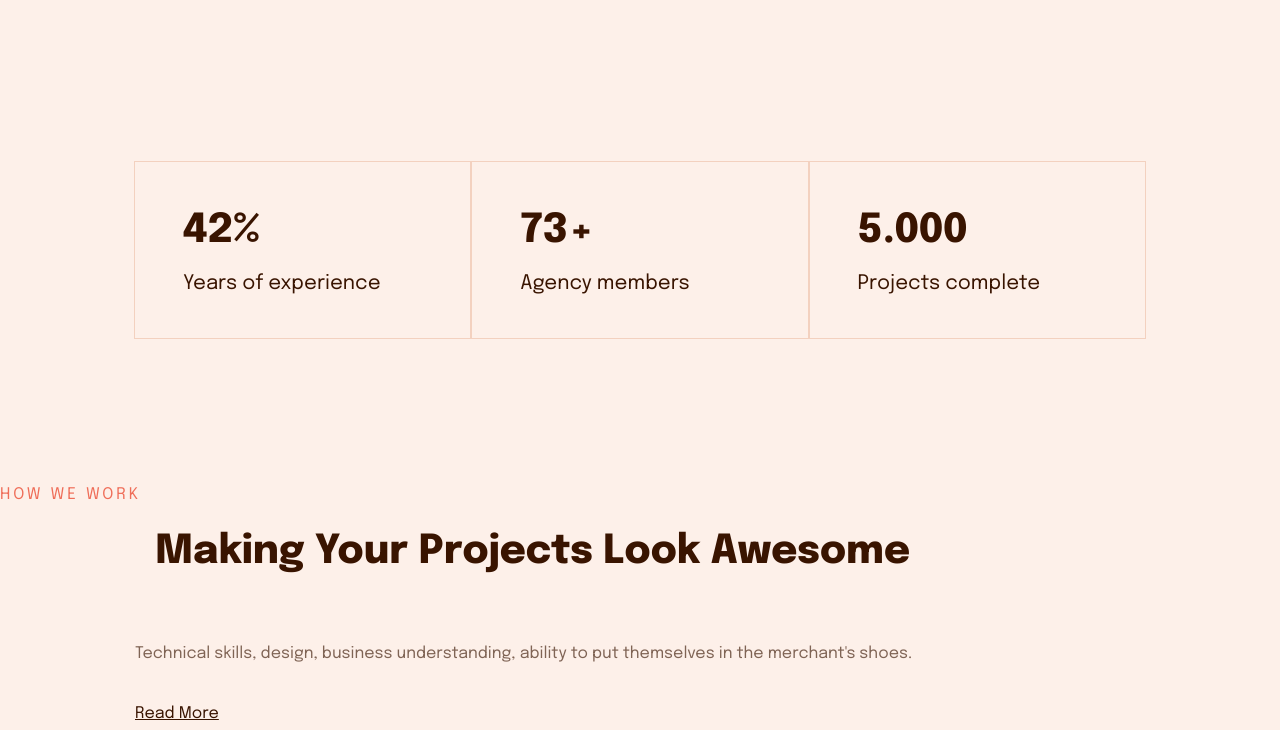
Repository: MehdiKerimov/Figma-task-7
Page: index.html
These files come from the project's save history. The page is drawn as it stood at one moment and after a run of saves; the edit follows.
The browser window is 1280 px wide. The pictures show the whole page.

Above is the page before, as saved 2023-08-30 12:10:11.

After the next 3 saves:
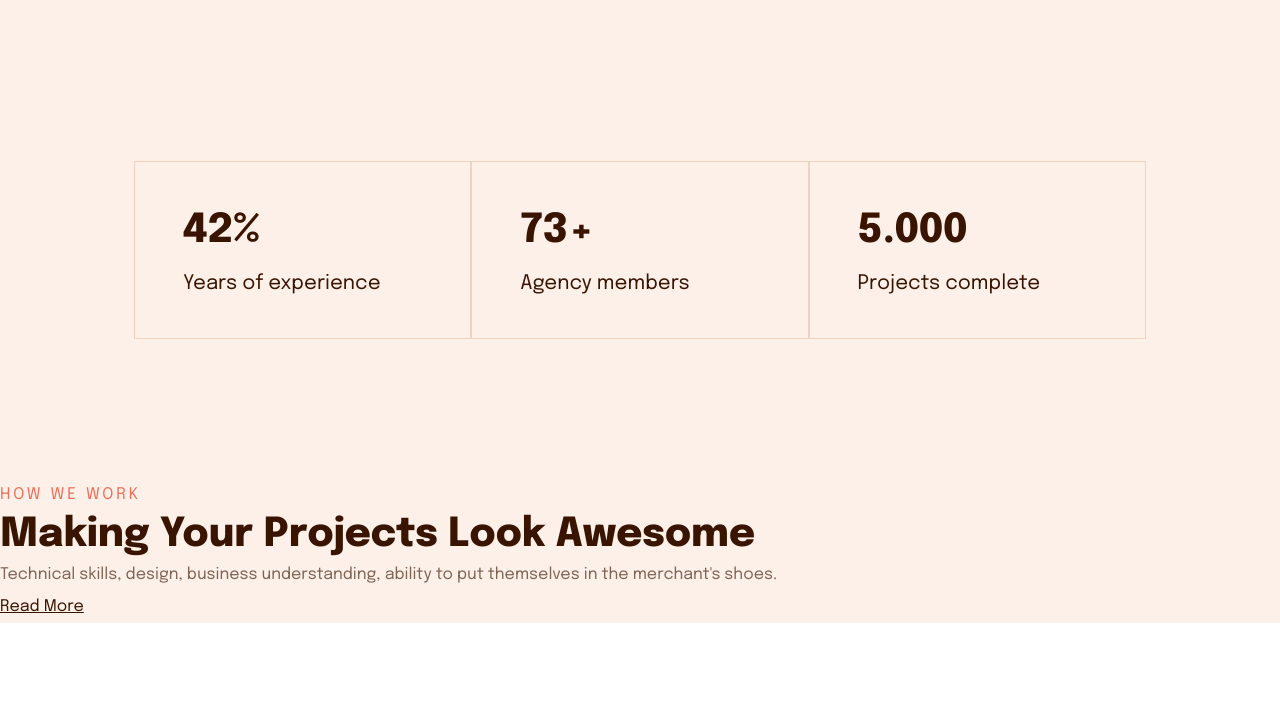
The 3 saves are shown as one change because they came seconds apart.
The last was saved 10 s later.
--- a/index.css
+++ b/index.css
@@ -75,7 +75,6 @@
   text-transform: uppercase;
 }
 .container-2 h2 {
-  padding: 17px 152px 31px 155px;
   color: var(--text-dark, #391400);
   font-feature-settings: "clig" off, "liga" off;
   font-family: Epilogue;
@@ -85,7 +84,6 @@
   line-height: 48px;
 }
 .container-2 p {
-  padding: 31px 130px 28px 135px;
   color: var(--text-dark-gray, rgba(57, 20, 0, 0.64));
   font-feature-settings: "clig" off, "liga" off;
   font-family: Epilogue;
@@ -95,7 +93,6 @@
   line-height: 32px;
 }
 .container-2 a {
-  padding: 28px 0px 0px 135px;
   color: var(--text-dark, #391400);
   font-feature-settings: "clig" off, "liga" off;
   font-family: Epilogue;
